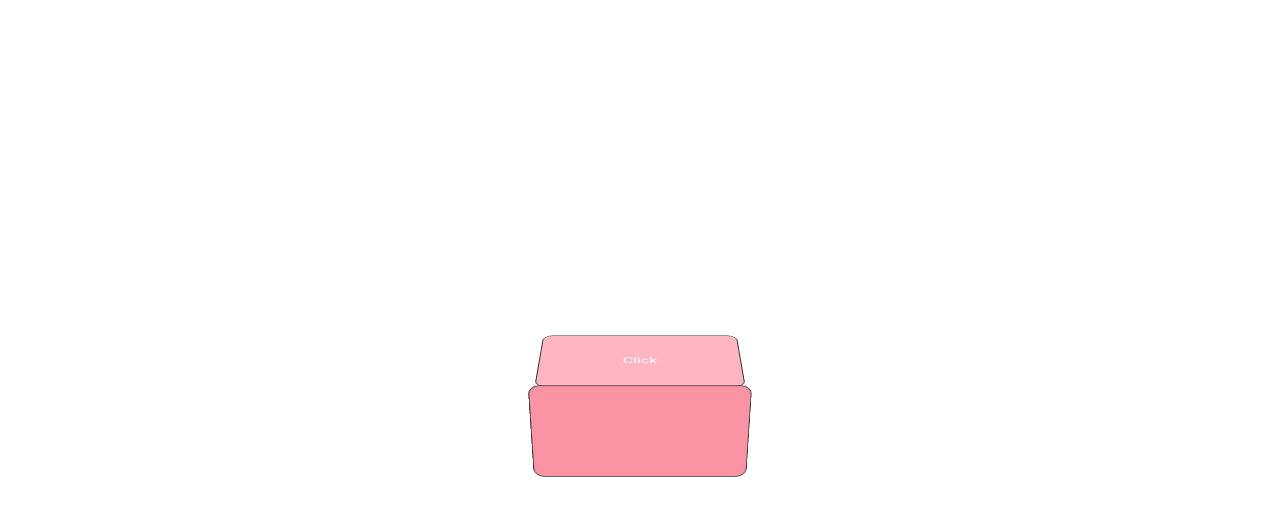
Repository: safak/animation
Page: index.html
These files come from the project's save history. The page is drawn as it stood at one moment and after the next save; the edit follows.
The browser window is 1280 px wide. The pictures show the whole page.

Above is the page before, as saved 2020-12-19 11:22:16.

### index.html
<html lang="en">
  <head>
    <meta charset="UTF-8" />
    <meta name="viewport" content="width=device-width, initial-scale=1.0" />
    <link rel="stylesheet" href="style.css" />
    <link
      rel="stylesheet"
      href="https://cdnjs.cloudflare.com/ajax/libs/font-awesome/5.15.1/css/all.min.css"
      integrity="sha512-+4zCK9k+qNFUR5X+cKL9EIR+ZOhtIloNl9GIKS57V1MyNsYpYcUrUeQc9vNfzsWfV28IaLL3i96P9sdNyeRssA=="
      crossorigin="anonymous"
    />
    <link
      href="https://fonts.googleapis.com/css2?family=Roboto:wght@100;300;400;500;700;900&display=swap"
      rel="stylesheet"
    />
    <title>Document</title>
  </head>
  <body>
    <div class="button">
      <span>Click</span>
    </div>
  </body>
</html>

### style.css
* {
  padding: 0px;
  margin: 0px;
}

body {
  display: flex;
  align-items: center;
  justify-content: center;
  min-height: 100vh;
  font-family: "Roboto", sans-serif;
  perspective: 1000px;
}

.button {
  width: 200px;
  height: 100px;
  transform: rotateX(60deg);
  border-radius: 10px;
  border: 1px solid #333333;
  background-color: lightpink;
  color: white;
  display: flex;
  align-items: center;
  justify-content: center;
  position: relative;
  transform-style: preserve-3d;
}

.button::before {
  position: absolute;
  content: "";
  width: 100%;
  height: 100%;
  border-radius: inherit;
  border: inherit;
  bottom: -100px;
  background: rgb(252, 147, 164);
  transform: translate3d(0, 0, -20px)  rotateX(90deg);
}

After the next save:
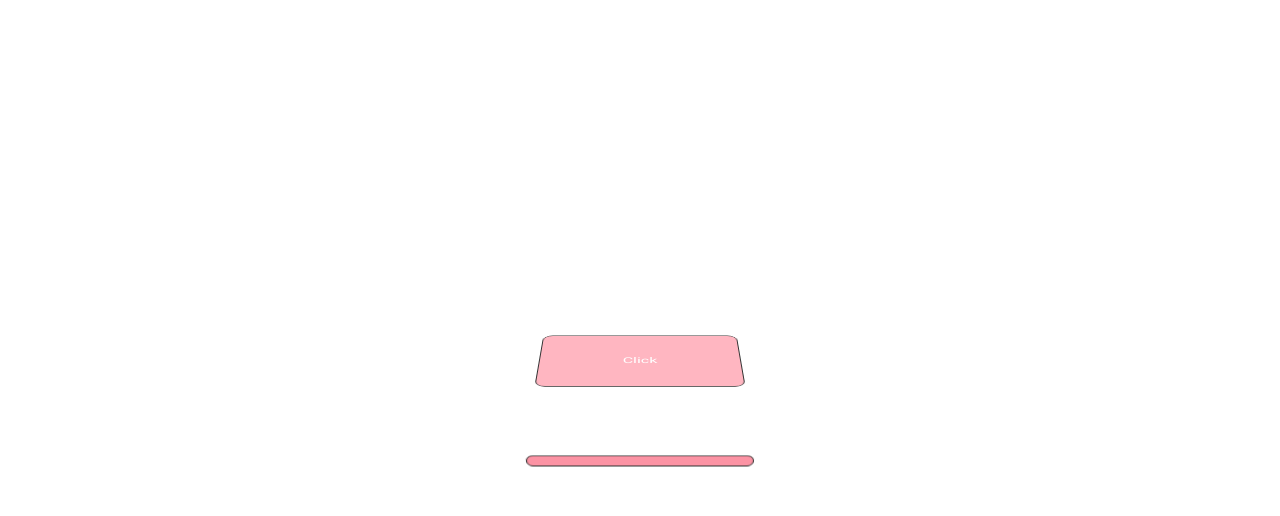
Saved 19 s later.
--- a/style.css
+++ b/style.css
@@ -31,7 +31,7 @@ body {
   position: absolute;
   content: "";
   width: 100%;
-  height: 100%;
+  height: 10%;
   border-radius: inherit;
   border: inherit;
   bottom: -100px;
